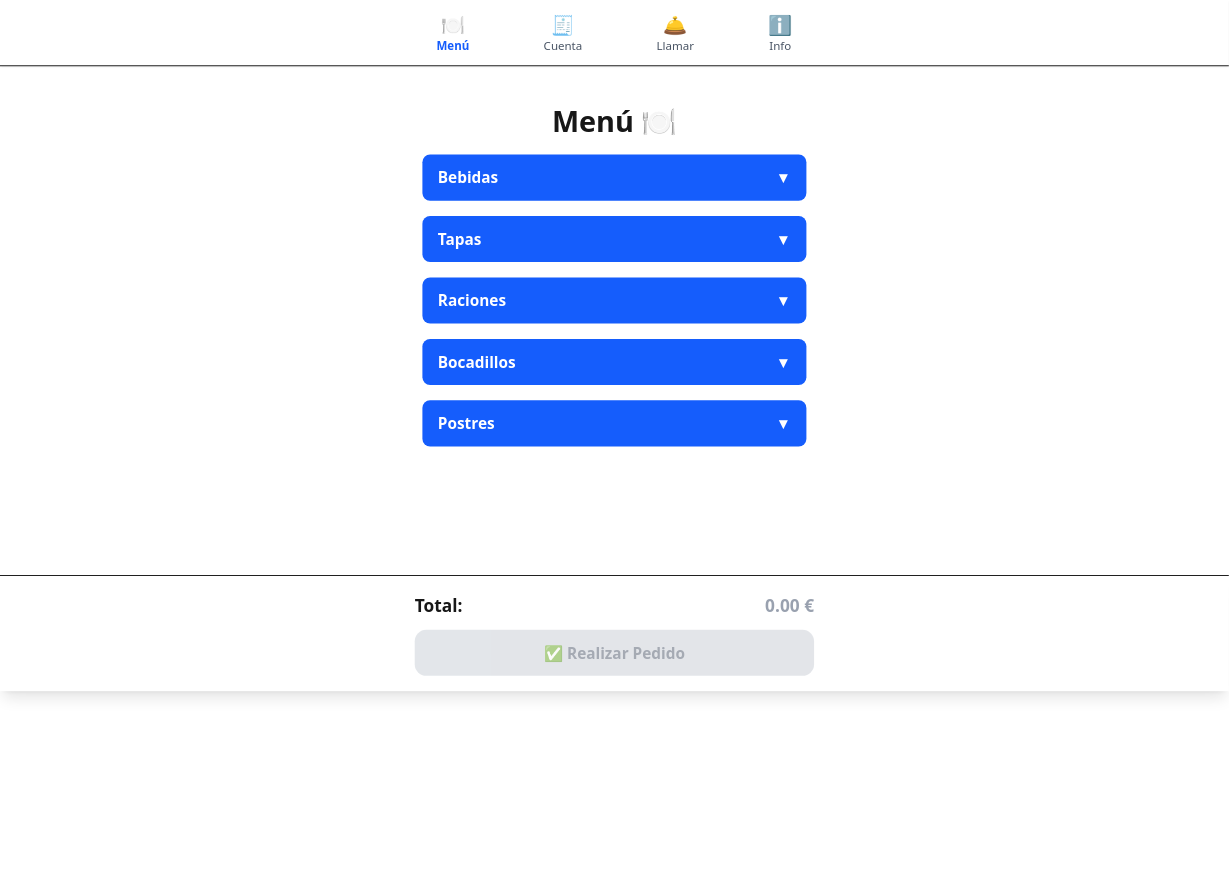
Repository: jrcardenas/sirvaapp
Page: /menu
These files come from the project's save history. The page is drawn as it stood at one moment and after the next save; the edit follows.
The browser window is 1280 px wide. The pictures show the whole page, at 96% of full size.
The project was rebuilt for these pictures with package versions that can differ from the ones it lists, and the page was loaded fresh each time. The framework's server and built-in components were replaced by stand-ins that run in the browser. Also part of the build but not shown: next.config.ts.

Above is the page before, as saved 2025-11-02 12:26:41.

After the next save:
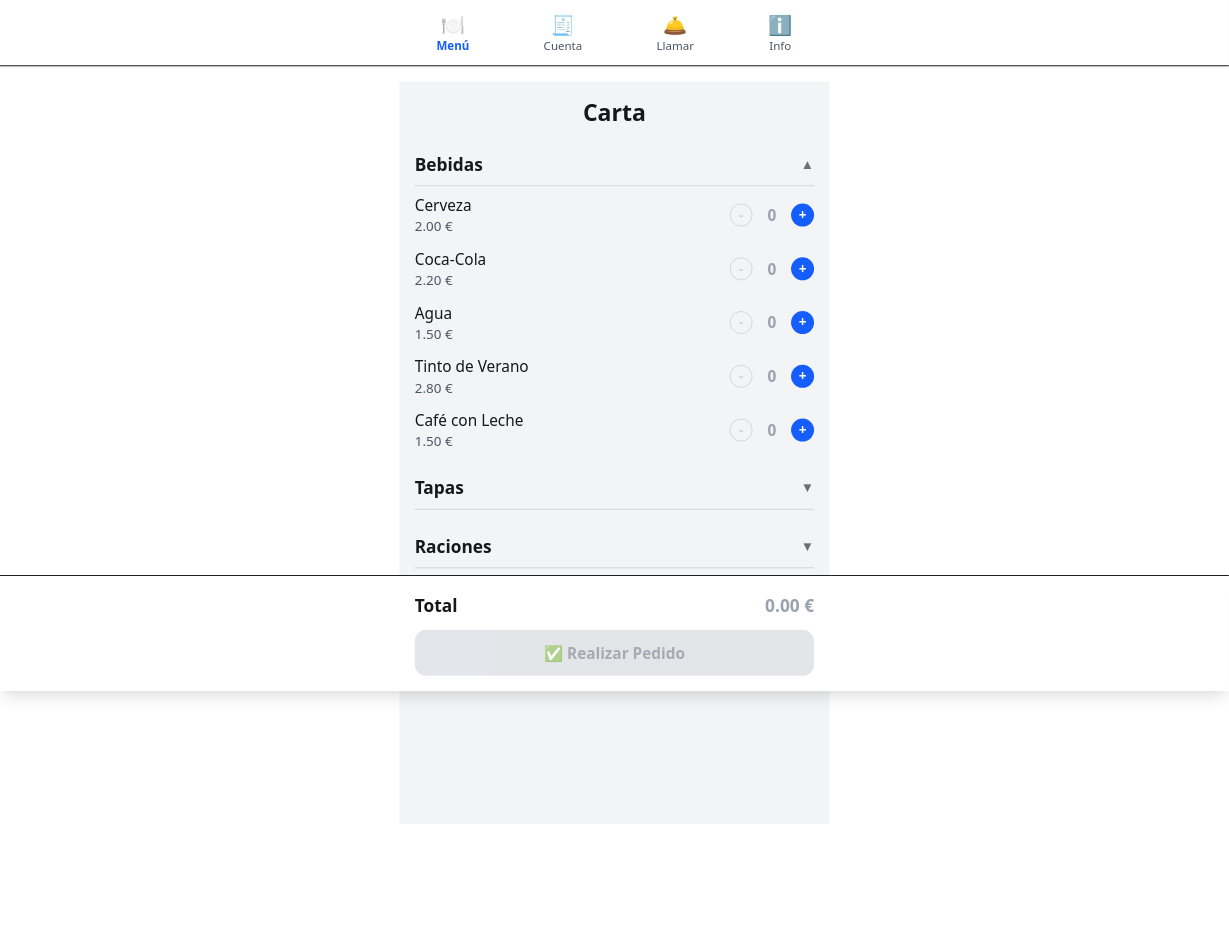
Saved 3 min 3 s later.
--- a/app/menu/page.tsx
+++ b/app/menu/page.tsx
@@ -3,12 +3,10 @@
 import { useState } from "react";
 import Button from "@/components/ui/Button";
 import { useCartStore } from "@/store/cartStore";
-import { useRouter } from "next/navigation";
 
 export default function MenuPage() {
-  const router = useRouter();
-  const { addItem, changeQty, items, clearCart, removeItem } = useCartStore();
-  const [openCategory, setOpenCategory] = useState<string | null>(null);
+  const { addItem, changeQty, items, removeItem, clearCart } = useCartStore();
+  const [openCategory, setOpenCategory] = useState<string | null>("Bebidas");
 
   const productos = [
     { id: "1", categoria: "Bebidas", nombre: "Cerveza", precio: 2.0 },
@@ -16,75 +14,69 @@ export default function MenuPage() {
     { id: "3", categoria: "Bebidas", nombre: "Agua", precio: 1.5 },
     { id: "4", categoria: "Bebidas", nombre: "Tinto de Verano", precio: 2.8 },
     { id: "5", categoria: "Bebidas", nombre: "Café con Leche", precio: 1.5 },
-
     { id: "6", categoria: "Tapas", nombre: "Patatas Bravas", precio: 4.0 },
     { id: "7", categoria: "Tapas", nombre: "Croquetas", precio: 4.5 },
     { id: "8", categoria: "Tapas", nombre: "Tortilla Española", precio: 3.5 },
     { id: "9", categoria: "Tapas", nombre: "Calamares", precio: 5.5 },
-
     { id: "10", categoria: "Raciones", nombre: "Jamón Ibérico", precio: 9.5 },
     { id: "11", categoria: "Raciones", nombre: "Gambas al Ajillo", precio: 10.5 },
     { id: "12", categoria: "Raciones", nombre: "Huevos Rotos", precio: 8.5 },
-
     { id: "13", categoria: "Bocadillos", nombre: "Bocadillo de Lomo", precio: 4.5 },
     { id: "14", categoria: "Bocadillos", nombre: "Bocadillo Vegetal", precio: 4.2 },
     { id: "15", categoria: "Bocadillos", nombre: "Perrito Caliente", precio: 4.0 },
-
     { id: "16", categoria: "Postres", nombre: "Tarta de Queso", precio: 4.8 },
     { id: "17", categoria: "Postres", nombre: "Helado 2 bolas", precio: 3.2 },
     { id: "18", categoria: "Postres", nombre: "Flan Casero", precio: 3.5 },
   ];
 
-  const categorias = [...new Set(productos.map(p => p.categoria))];
+  const categorias = [...new Set(productos.map((p) => p.categoria))];
 
   const getQty = (id: string) =>
     items.reduce((acc, p) => (p.id === id ? acc + p.qty : acc), 0);
 
   const total = items.reduce((acc, p) => acc + p.price * p.qty, 0);
 
-  const handleSendOrder = () => {
-    if (items.length === 0) return;
-    alert("✅ Pedido enviado a cocina!");
-    clearCart();
-  };
+  return (
+    <main className="min-h-screen bg-gray-100 p-4 pb-32 max-w-md mx-auto">
 
-  return (
-    <main className="min-h-screen bg-[var(--color-background)] p-6 pb-32">
-      <h1 className="text-3xl font-bold text-center mb-4">Menú 🍽️</h1>
+      <h1 className="text-2xl font-bold text-center mb-4">Carta</h1>
 
       {categorias.map((categoria) => (
         <div key={categoria} className="mb-4">
           {/* ✅ Botón categoría */}
           <button
-            className="w-full bg-blue-600 text-white py-3 px-4 rounded-lg font-semibold flex justify-between items-center"
+            className="w-full flex justify-between items-center text-lg font-semibold py-2"
             onClick={() =>
               setOpenCategory(openCategory === categoria ? null : categoria)
             }
           >
             {categoria}
-            <span>{openCategory === categoria ? "▲" : "▼"}</span>
+            <span className="text-sm opacity-60">
+              {openCategory === categoria ? "▲" : "▼"}
+            </span>
           </button>
 
-          {/* ✅ Lista de productos */}
+          {/* Separador */}
+          <div className="border-t border-gray-300 mb-2"></div>
+
+          {/* ✅ Productos */}
           {openCategory === categoria && (
-            <div className="mt-3 grid gap-3">
+            <div className="space-y-3">
               {productos
                 .filter((p) => p.categoria === categoria)
                 .map((item) => {
                   const qty = getQty(item.id);
 
                   return (
-                    <div
-                      key={item.id}
-                      className="bg-white px-4 py-3 shadow rounded-lg flex justify-between items-center"
-                    >
+                    <div key={item.id} className="flex justify-between">
                       <div>
-                        <p className="font-semibold">{item.nombre}</p>
+                        <p className="font-medium">{item.nombre}</p>
                         <p className="text-gray-600 text-sm">
                           {item.precio.toFixed(2)} €
                         </p>
                       </div>
 
+                      {/* ✅ Controles +/− estilo iOS */}
                       <div className="flex items-center gap-2">
                         <button
                           disabled={qty === 0}
@@ -93,18 +85,18 @@ export default function MenuPage() {
                               ? removeItem(item.id)
                               : changeQty(item.id, qty - 1)
                           }
-                          className={`w-8 h-8 rounded-full flex justify-center items-center
-                          ${
-                            qty === 0
-                              ? "bg-gray-300 text-gray-500"
-                              : "bg-gray-200 text-black"
-                          }`}
+                          className={`w-6 h-6 rounded-full border text-sm font-bold
+                            ${
+                              qty === 0
+                                ? "border-gray-300 text-gray-300 cursor-default"
+                                : "border-gray-500 text-gray-700"
+                            }`}
                         >
                           -
                         </button>
 
                         <span
-                          className={`w-6 text-center font-bold ${
+                          className={`w-6 text-center font-semibold ${
                             qty === 0 ? "text-gray-400" : "text-black"
                           }`}
                         >
@@ -112,7 +104,7 @@ export default function MenuPage() {
                         </span>
 
                         <button
-                          className="w-8 h-8 bg-blue-600 text-white rounded-full"
+                          className="w-6 h-6 rounded-full bg-blue-600 text-white text-sm font-bold"
                           onClick={() =>
                             addItem({
                               id: item.id,
@@ -133,11 +125,11 @@ export default function MenuPage() {
         </div>
       ))}
 
-      {/* ✅ Footer con Total y botón */}
+      {/* ✅ Footer */}
       <div className="fixed bottom-0 left-0 w-full bg-white border-t shadow-lg">
         <div className="max-w-md mx-auto p-4">
-          <div className="flex justify-between font-semibold mb-3 text-lg">
-            <span>Total:</span>
+          <div className="flex justify-between mb-3 text-lg font-bold">
+            <span>Total</span>
             <span className={total === 0 ? "text-gray-400" : "text-black"}>
               {total.toFixed(2)} €
             </span>
@@ -149,7 +141,10 @@ export default function MenuPage() {
             className={`${
               total === 0 ? "bg-gray-300 text-gray-500 cursor-not-allowed" : ""
             }`}
-            onClick={handleSendOrder}
+            onClick={() => {
+              alert("✅ Pedido enviado a cocina!");
+              clearCart();
+            }}
           >
             ✅ Realizar Pedido
           </Button>
